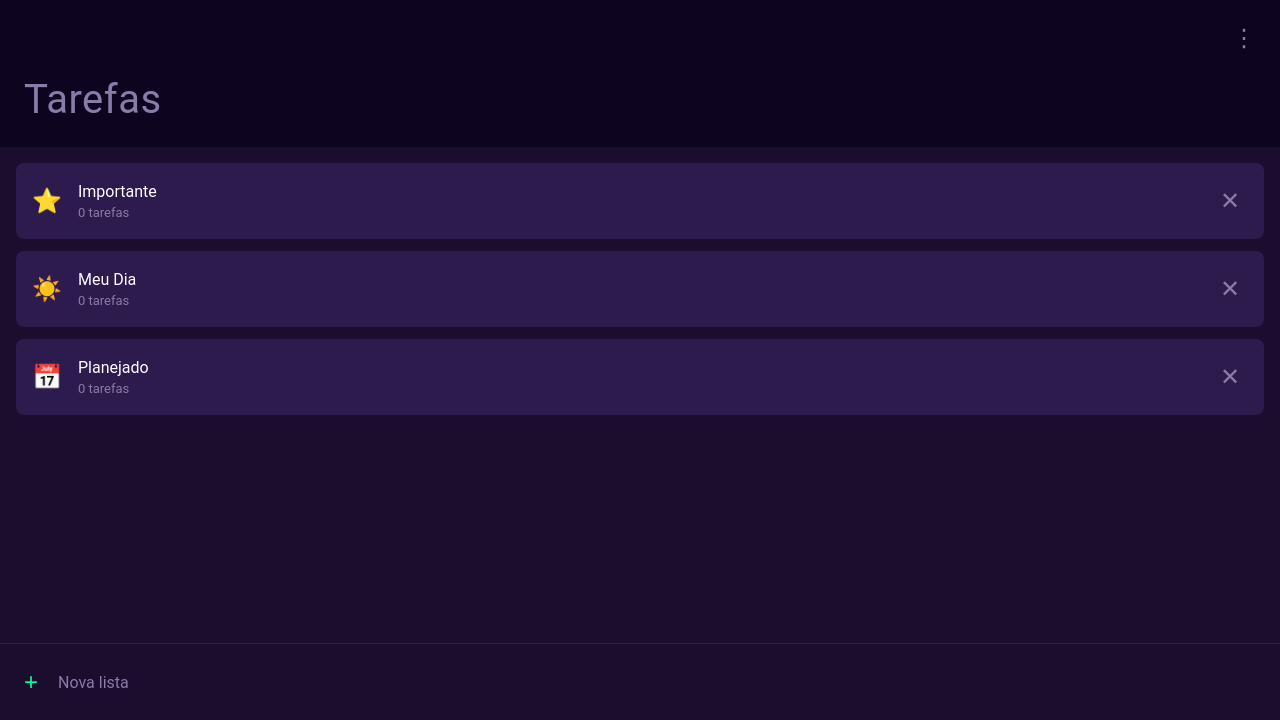
Repository: giulialorrany/ToDoList
Page: http://localhost/
These files come from the project's save history. The page is drawn as it stood at one moment and after the next save; the edit follows.
The browser window is 1280 px wide. The pictures show the whole page.
The page is served by the project's application, run on Flask 3 (app.py). Queries for data that is not in the repository find no rows.

Above is the page before, as saved 2025-11-01 02:24:48.

After the next save:
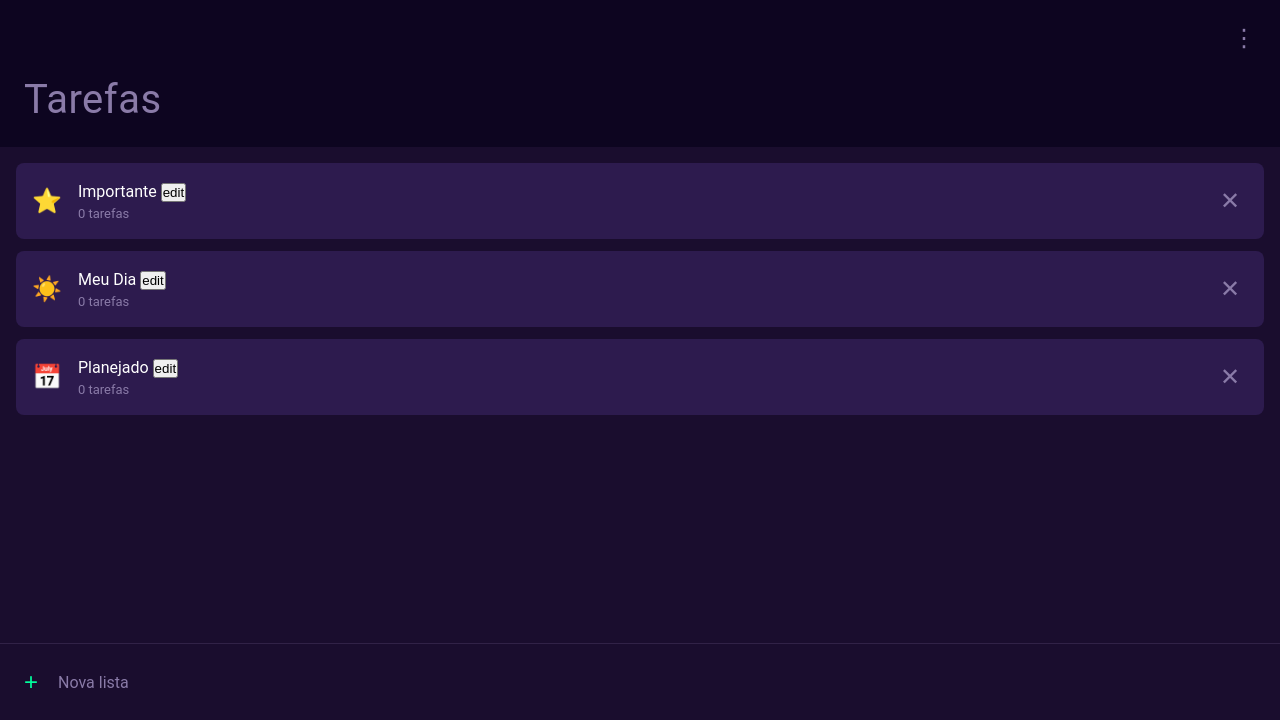
Saved 2 min 51 s later.
--- a/templates/index.html
+++ b/templates/index.html
@@ -548,7 +548,10 @@
                         <div class="list-item" onclick="openList(${l.id})">
                             <div class="list-icon">${icon}</div>
                             <div class="list-content">
-                                <div class="list-title" ondblclick="editListName(${l.id}, this)">${l.nome}</div>
+                                <div class="list-title">
+    <span class="title-text" onclick="openList(${l.id})">${l.nome}</span>
+    <button class="edit-btn" onclick="startEditListName(${l.id}, this)" title="Editar nome">edit</button>
+</div>
                                 <div class="list-count">${l.total_tarefas} tarefa${l.total_tarefas !== 1 ? 's' : ''}</div>
                             </div>
                             <button class="menu-btn" onclick="showListMenu(${l.id}, event)">✕</button>
